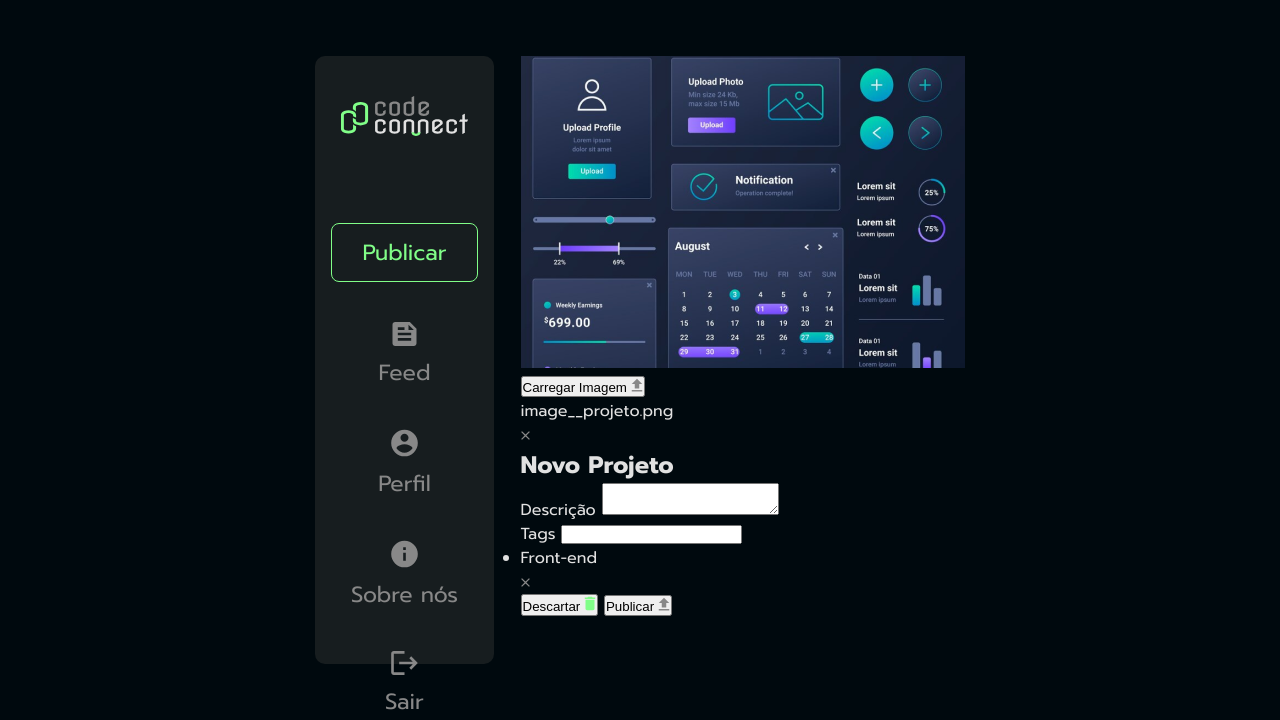
Repository: joaoPraiaJunior/async_await
Page: index.html
These files come from the project's save history. The page is drawn as it stood at one moment and after the next save; the edit follows.
The browser window is 1280 px wide. The pictures show the whole page.

Above is the page before, as saved 2024-08-24 19:13:17.

### index.html
<!DOCTYPE html>
<html lang="pt-BR" dir="ltr">

<head>
    <meta charset="UTF-8">
    <meta name="viewport" content="width=device-width, initial-scale=1.0">
    <meta name="description" content="Projeto Async Await">
    <link rel="preconnect" href="https://fonts.googleapis.com">
    <link rel="preconnect" href="https://fonts.gstatic.com" crossorigin>
    <link href="https://fonts.googleapis.com/css2?family=Prompt:ital,wght@0,100;0,200;0,300;0,400;0,500;0,600;0,700;0,800;0,900;1,100;1,200;1,300;1,400;1,500;1,600;1,700;1,800;1,900&display=swap" rel="stylesheet">
    <link rel="stylesheet" href="./css/styles.css">
    <title>CodeConnect</title>
</head>

<body>

    <aside class="l-lateral">
        <figure><img src="./img/Logo.svg" alt="Logo do codeconnect"></figure>
        <nav class="c-menu">
            <ul class="c-menu__lista">
                <li class="c-menu__item"><a href="#" class="c-menu__link">Publicar</a></li>
                <li class="c-menu__item"><a href="#" class="c-menu__link"><img src="./img/feed.svg" aria-hidden="true" alt>Feed</a></li>
                <li class="c-menu__item"><a href="#" class="c-menu__link"><img src="./img/account_circle.svg" aria-hidden="true" alt>Perfil</a></li>
                <li class="c-menu__item"><a href="#" class="c-menu__link"><img src="./img/info.svg" aria-hidden="true" alt>Sobre nós</a></li>
                <li class="c-menu__item"><a href="#" class="c-menu__link"><img src="./img/logout.svg" aria-hidden="true" alt>Sair</a></li>
            </ul>
        </nav>
    </aside>

    <main class="l-principal">
        <div class="c-upload-imagem">
            <div class="c-upload-imagem__container">
                <figure class="c-upload-imagem__publicacao">
                    <img src="./img/imagem1.png" alt>
                </figure>
            </div>
            <button class="c-upload-imagem__botao" aria-label="carregar imagem">Carregar Imagem <img src="./img/upload.svg" aria-hidden="true" alt></button>
            <div class="c-upload-imagem__descricao">
                <p>image__projeto.png</p>
                <img src="./img/close.svg" aria-hidden="true" alt>
            </div>
        </div>

        <div class="c-formulario">
            <h2 class="c-formulario__titulo">Novo Projeto</h2>
            <form class="c-formulario__acoes">
                <div class="c-formulario__grupo">
                    <label for="Descricao">Descrição</label>
                    <textarea name="descricao" id="descricao">
                    </textarea>
                </div>

                <div class="c-formulario__grupo">
                    <label for="Tags">Tags</label>
                    <input type="text" name="tags" id="tags">
                </div>

                <ul class="c-formulario__lista-tags">
                    <li>
                        <p>Front-end</p>
                        <img src="./img/close.svg" alt>
                    </li>
                </ul>

                <div class="c-formulario__grupo">
                    <button class="c-formulario__botao">Descartar <img src="./img/trash.svg" aria-hidden="true" alt></button>
                    <button class="c-formulario__botao">Publicar <img src="./img/upload.svg" aria-hidden="true" alt></button>
                </div>
            </form>
        </div>
    </main>

    <script src="./js/scripts.js"></script>
</body>

</html>

### css/styles.css
:root {
  /* Cores */
  --background-color: #00090e;
  --cor-do-texto: #e1e1e1;
  --cor-primaria: #81fe88;
  --cor-secundaria: #888888;
  --cor-da-tag: #171d1f;
  --componentes-do-background: #171d1f;

  /* Fontes */
  --fonte-padrao: "Prompt", sans-serif;
}

* {
  margin: 0;
  padding: 0;
  box-sizing: border-box;
}

html {
  font-size: 62.5%;
}

body {
  display: flex;
  justify-content: center;
  align-items: start;
  gap: 2.7rem;
  font-family: var(--fonte-padrao);
  font-size: 1.6rem;
  background-color: var(--background-color);
  color: var(--cor-do-texto);
  padding: 5.6rem 0;
  height: 100vh;
}

.l-lateral {
  text-align: center;
  background-color: var(--componentes-do-background);
  border-radius: 1.0rem;
  padding: 4.0rem 1.6rem;
  height: 100%;
}

.c-menu__lista {
    display: flex;
    flex-direction: column;
    align-items: center;
    gap: 4.0rem;
    margin-top: 8.0rem;
    list-style-type: none;
}

.c-menu__link {
    display: flex;
    flex-direction: column;
    align-items: center;
    gap: 1.0rem;
    font-size: 2.2rem;
    text-decoration: none;
    color: var(--cor-secundaria);
}

.c-menu__lista li:first-of-type a {
    color: var(--cor-primaria);
    border: .1rem solid var(--cor-primaria);
    border-radius: .8rem;
    padding: 1.2rem 3.0rem;
}

Loaded but not shown: js/scripts.js (no copy from this time; the picture is the same without it)

After the next save:
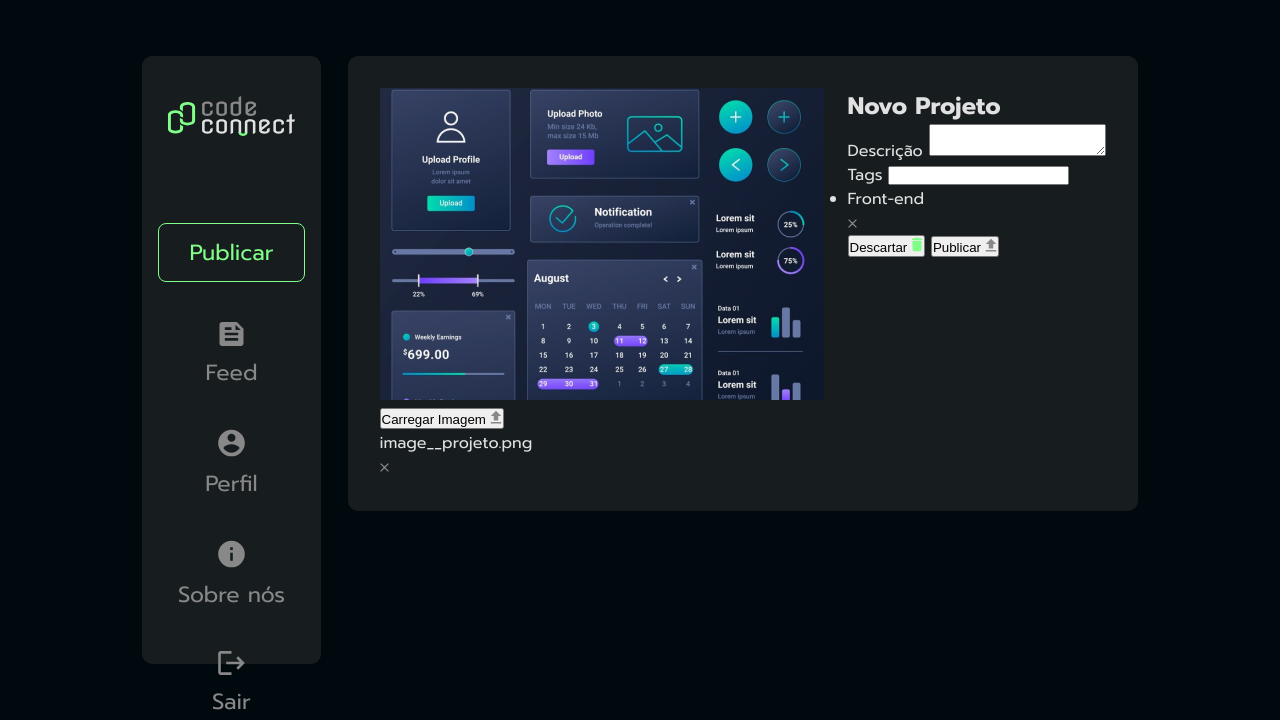
Saved 91 s later.
--- a/css/styles.css
+++ b/css/styles.css
@@ -67,3 +67,12 @@ body {
     border-radius: .8rem;
     padding: 1.2rem 3.0rem;
 }
+
+
+.l-principal {
+    display: flex;
+    gap: 2.4rem;
+    background-color: var(--componentes-do-background);
+    border-radius: 1.0rem;
+    padding: 3.2rem;
+}
